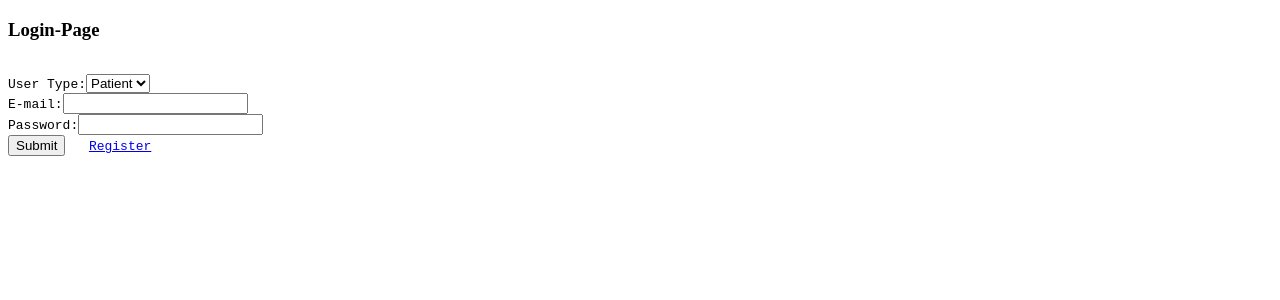
Repository: anujsoni10001/JSP-Servlet
Page: FinalProject/minor - Copy/Minor/WebContent/Login.html
The author's editor kept a copy of each file at every save. The page is drawn from the files as they stood at one save, then again after the next save.
The browser window is 1280 px wide. The pictures show the whole page.

Above is the page before, as saved 2019-03-23 05:50:43.

After the next save:
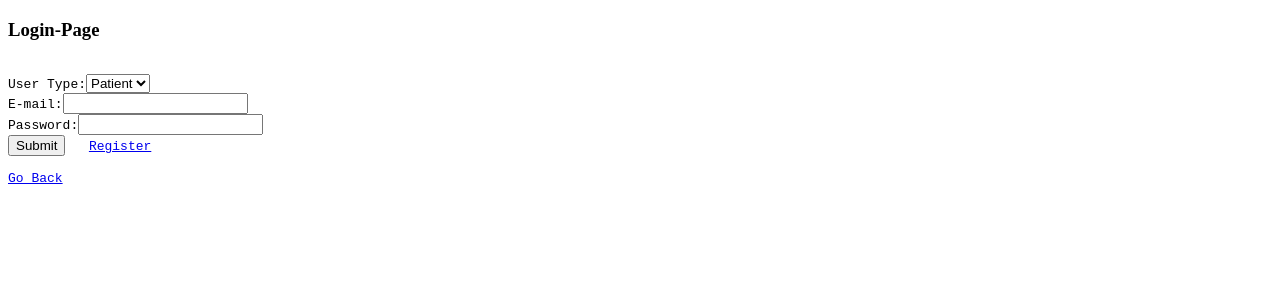
Saved 118 s later.
--- a/FinalProject/minor - Copy/Minor/WebContent/Login.html
+++ b/FinalProject/minor - Copy/Minor/WebContent/Login.html
@@ -21,6 +21,7 @@ E-mail:<input type="email" name="email">
 Password:<input type="password" name="pwd">
 <input type="submit">   <a href="register.html">Register</a>
 </form>
+<a href="register.html">Go Back</a>
 </pre>
 </body>
 </html>
